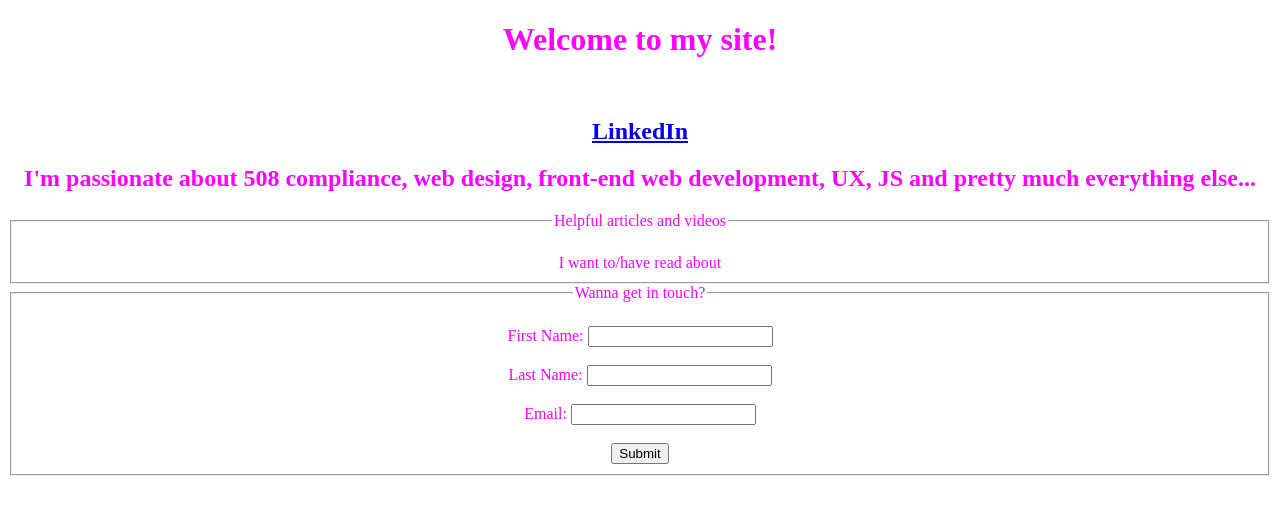
Repository: jasvr/jasvr.io
Page: index.html
An editor plug-in stored every save of this project. The page is shown before and after the next save, followed by the edit.
The browser window is 1280 px wide. The pictures show the whole page.

Above is the page before, as saved 2020-01-10 14:58:52.

### index.html
<!DOCTYPE html>
<html lang="en">
<head>
    <meta charset="UTF-8">
    <meta name="viewport" content="width=device-width, initial-scale=1.0">
    <meta http-equiv="X-UA-Compatible" content="ie=edge">
    <title>Jasmin Vargas</title>
    <link href="style.css" type="text/css" rel="stylesheet">
</head>
<body>
    <h1>Welcome to my site!</h1>
    <br>
    <h2><a href="https://www.linkedin.com/in/jasvrgs/">LinkedIn</a></h2>
    <h2>I'm passionate about 508 compliance, web design, front-end web development, UX, JS and pretty much everything else...</h2>

    <fieldset>
        <legend>Helpful articles and videos</legend>
             <h3></h3> I want to/have read about
    </fieldset>


    <fieldset>
        <legend>Wanna get in touch?</legend>
        <div>
            <br>
            <label for ="firstname">First Name: </label>
            <input type="text" name="firstname"/>
        </div>
        <div>
            <br>
            <label for ="lastname">Last Name: </label>
            <input type="text" name="lastname"/>
        </div>
        <div>
            <br>
            <label for ="email">Email: </label>
            <input type="text" name="email"/>

        </div>
        <div>
            <br>
            <input type="submit" value="Submit">
        </div>
    </fieldset>
</body>
</html>

### style.css
body{
    color:magenta;
    text-align:center;
    }

    *:focus{
        outline: 0;
        box-shadow: 0 0 10px #eb0486;
        border-color: #eb0486;
    }

    a:focus{
        color: #eb0486;
        font-weight: bold;
    }

    .button:focus{
        background-color: #eb0486;

    }

After the next save:
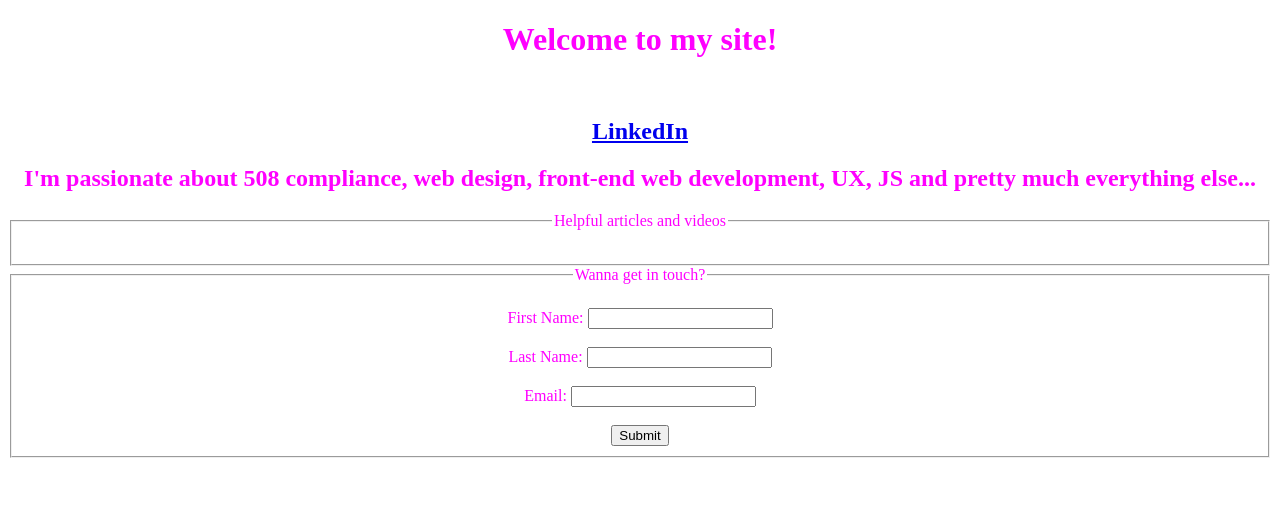
Saved 15 s later.
--- a/index.html
+++ b/index.html
@@ -15,7 +15,7 @@
 
     <fieldset>
         <legend>Helpful articles and videos</legend>
-             <h3></h3> I want to/have read about
+             <h3></h3>
     </fieldset>
 
 
